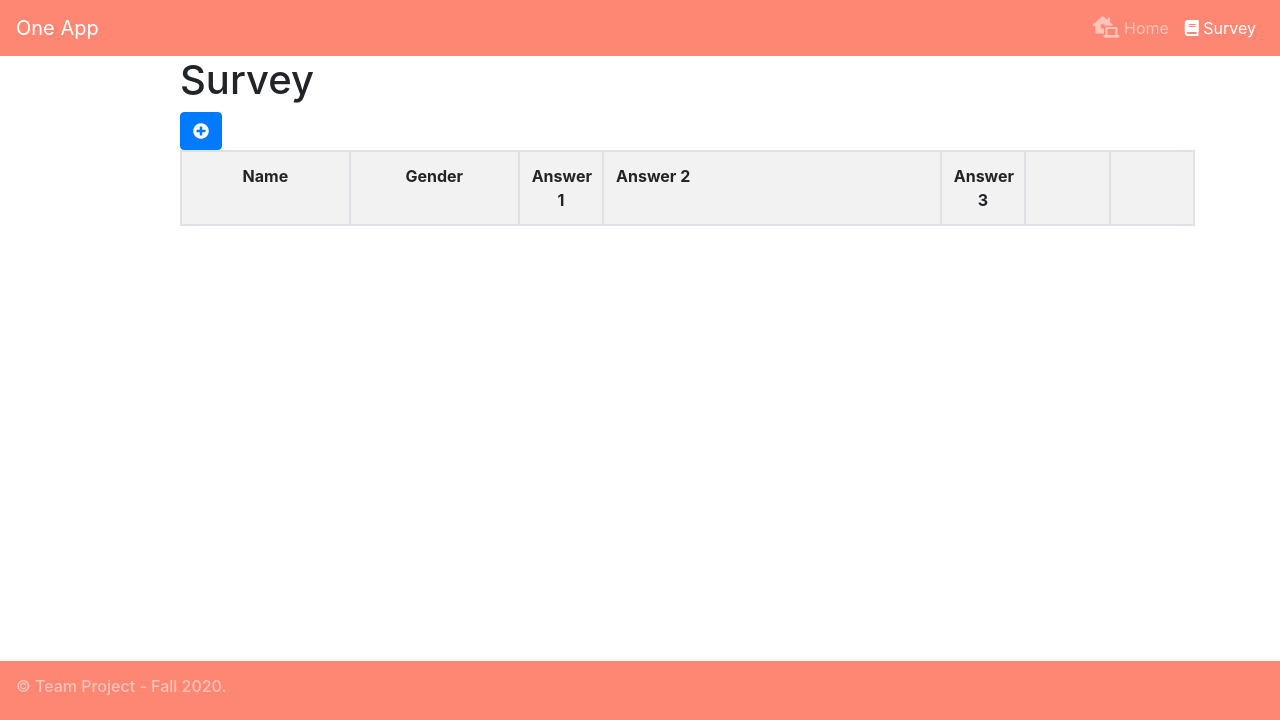
Repository: Dyazho/group-project
Page: http://localhost/survey
An editor plug-in stored every save of this project. The page is shown before and after the next save, followed by the edit.
The browser window is 1280 px wide. The pictures show the whole page.
The page is served by the project's Node server (server.js). Other server files are loaded and not shown. Queries for data that is not in the repository find no rows.

Above is the page before, as saved 2020-11-16 11:06:07.

### server/views/book/list.ejs
<%- include ../partials/header.ejs %>

<%- include ../partials/main_nav.ejs %>


  <!-- Main Content -->
  <main class="container">
    <div class="row">
        <div class="offset-md-1 col-md-11">
            <h1><%= title %></h1>
            <a href="/survey/add" class="btn btn-primary" role="button">
            <i class="fas fa-plus-circle"></i></a>
            <br>
            <table class="table table-bordered table-striped table-hover">
                <!-- Header Row-->
                <tr class="d-flex">
                    <th class="text-center col-2">Name</th>
                    <th class="text-center col-2">Gender</th>
                    <th class="text-center col-1">Answer 1</th>
                    <th class="col-4">Answer 2</th>
                    <th class="text-center col-1">Answer 3</th>
                    <th class="text-center col-1"></th>
                    <th class="text-center col-1"></th>
                </tr>

                <!-- Repeatable Template Row -->

                <% for(let count = 0; count < BookList.length; count++) { %>
                    <tr class="d-flex">
                        <td class="text-center col-2"><%= BookList[count].name %></td>
                        <td class="text-center col-2"><%= BookList[count].gender %></td>
                        <td class="text-center col-1"><%= BookList[count].question1 %></td>
                        <td class="col-4"><%= BookList[count].question2 %></td>
                        <td class="text-center col-1"><%= BookList[count].question3 %></td>
                        <td class="text-center col-1">
                            <a href="/survey/edit/<%= BookList[count]._id %>" class="btn btn-primary btn-sm">
                            <i class="fas fa-pencil-alt"></i> Edit</a>
                        </td>
                        <td class="text-center col-1">
                            <a href="/survey/delete/<%= BookList[count]._id %>" class="btn btn-danger btn-sm">
                            <i class="fas fa-trash-alt"></i> Delete</a>
                        </td>
                    </tr>
                <% } %>
            </table>
        </div>
    </div>
  </main>

<%- include ../partials/bottom_nav.ejs %>

<%- include ../partials/footer.ejs %>

### server/views/partials/header.ejs
<!DOCTYPE html>
<html lang="en">
<head>
  <meta charset="UTF-8">
  <meta name="viewport" content="width=device-width, initial-scale=1.0">
  <title><%= title %></title>
  <!-- CSS Section -->

  <link rel="stylesheet" href="/bootstrap/dist/css/bootstrap.min.css">
  <link rel="stylesheet" href="/@fortawesome/fontawesome-free/css/all.min.css">
  <link rel='stylesheet' href='/Content/app.css' />

</head>
<body>

### server/views/partials/main_nav.ejs
<!-- Main Navigation -->
  <nav class="navbar navbar-expand-lg navbar-dark navbar-colorr">

    <a class="navbar-brand" href="/survey"> One App</a>
    <button class="navbar-toggler" type="button" data-toggle="collapse" data-target="#navbarSupportedContent" aria-controls="navbarSupportedContent" aria-expanded="false" aria-label="Toggle navigation">
      <span class="navbar-toggler-icon"></span>
    </button>

    <div class="collapse navbar-collapse" id="navbarSupportedContent">
      <ul class="navbar-nav ml-auto">

        <% if (title == "Home"){ %>
        <li class="nav-item active">
        <% } else  { %>
        <li class="nav-item">
        <% } %>
          <a class="nav-link" href="/home"><i class="fas fa-lg fa-laptop-house"></i> Home </a>
        </li>


        <% if (title == "Survey") { %>
        <li class="nav-item active">
        <% } else  { %>
        <li class="nav-item">
        <% } %>
          <a class="nav-link" href="/survey"><i class="fas fa-book"></i> Survey </a>
        </li>


    </div>
  </nav>

### server/views/partials/bottom_nav.ejs
<!-- Bottom Nav -->
  <footer>
    <nav class="navbar fixed-bottom navbar-dark navbar-colorr">
      <h6 class="display-6 navbar-text">&copy; Team Project - Fall 2020.</h6>
    </nav>
  </footer>

### server.js
#!/usr/bin/env node


/*  Sanamdeep Singh
    301107513       */


/**
 * Module dependencies.
 */

var app = require('./server/config/app');
var debug = require('debug')('week-4:server');
var http = require('http');

/**
 * Get port from environment and store in Express.
 */

var port = normalizePort(process.env.PORT || '3000');
app.set('port', port);

/**
 * Create HTTP server.
 */

var server = http.createServer(app);

/**
 * Listen on provided port, on all network interfaces.
 */

server.listen(port);
server.on('error', onError);
server.on('listening', onListening);

/**
 * Normalize a port into a number, string, or false.
 */

function normalizePort(val) {
  var port = parseInt(val, 10);

  if (isNaN(port)) {
    // named pipe
    return val;
  }

  if (port >= 0) {
    // port number
    return port;
  }

  return false;
}

/**
 * Event listener for HTTP server "error" event.
 */

function onError(error) {
  if (error.syscall !== 'listen') {
    throw error;
  }

  var bind = typeof port === 'string'
    ? 'Pipe ' + port
    : 'Port ' + port;

  // handle specific listen errors with friendly messages
  switch (error.code) {
    case 'EACCES':
      console.error(bind + ' requires elevated privileges');
      process.exit(1);
      break;
    case 'EADDRINUSE':
      console.error(bind + ' is already in use');
      process.exit(1);
      break;
    default:
      throw error;
  }
}

/**
 * Event listener for HTTP server "listening" event.
 */

function onListening() {
  var addr = server.address();
  var bind = typeof addr === 'string'
    ? 'pipe ' + addr
    : 'port ' + addr.port;
  debug('Listening on ' + bind);
}

### server/controllers/book.js
let express = require('express');
let router = express.Router();
let mongoose = require('mongoose');

// create a reference to the model
let Book = require('../models/book');

module.exports.displayBookList = (req, res, next) => {
    Book.find((err, bookList) => {
        if(err)
        {
            return console.error(err);
        }
        else
        {
            //console.log(BookList);

            res.render('book/list', {title: 'Survey', BookList: bookList});
        }
    });
}

module.exports.displayAddPage = (req, res, next) => {
    res.render('book/add', {title: 'Add'})
}

module.exports.processAddPage = (req, res, next) => {
    let newBook = Book({
        "name": req.body.name,
        "author": req.body.author,
        "published": req.body.published,
        "description": req.body.description,
        "price": req.body.price
    });

    Book.create(newBook, (err, Book) =>{
        if(err)
        {
            console.log(err);
            res.end(err);
        }
        else
        {
            // refresh the book list
            res.redirect('/survey');
        }
    });

}

module.exports.displayEditPage = (req, res, next) => {
    let id = req.params.id;

    Book.findById(id, (err, bookToEdit) => {
        if(err)
        {
            console.log(err);
            res.end(err);
        }
        else
        {
            //show the edit view
            res.render('book/edit', {title: 'Edit', book: bookToEdit})
        }
    });
}

module.exports.processEditPage = (req, res, next) => {
    let id = req.params.id

    let updatedBook = Book({
        "_id": id,
        "name": req.body.name,
        "author": req.body.author,
        "published": req.body.published,
        "description": req.body.description,
        "price": req.body.price
    });

    Book.updateOne({_id: id}, updatedBook, (err) => {
        if(err)
        {
            console.log(err);
            res.end(err);
        }
        else
        {
            // refresh the book list
            res.redirect('/survey');
        }
    });
}

module.exports.performDelete = (req, res, next) => {
    let id = req.params.id;

    Book.remove({_id: id}, (err) => {
        if(err)
        {
            console.log(err);
            res.end(err);
        }
        else
        {
             // refresh the book list
             res.redirect('/survey');
        }
    });
}

### public/Content/app.css
/* custom css goes here */

.navbar-colorr {
  background-color: #fe8773;
}

### public/Scripts/app.js
/*  Sanamdeep Singh
    301107513       */


// IIFE -- Immediately Invoked Function Expression
(function(){

    function Start()
    {
        console.log("App Started...");

        let deleteButtons = document.querySelectorAll('.btn-danger');

        for(button of deleteButtons)
        {
            button.addEventListener('click', (event)=>{
                if(!confirm("Are you sure?"))
                {
                    event.preventDefault();
                    window.location.assign('/book-list');
                }
            });
        }
    }

    window.addEventListener("load", Start);

})();

Loaded but not shown: server/views/partials/footer.ejs (common file)

After the next save:
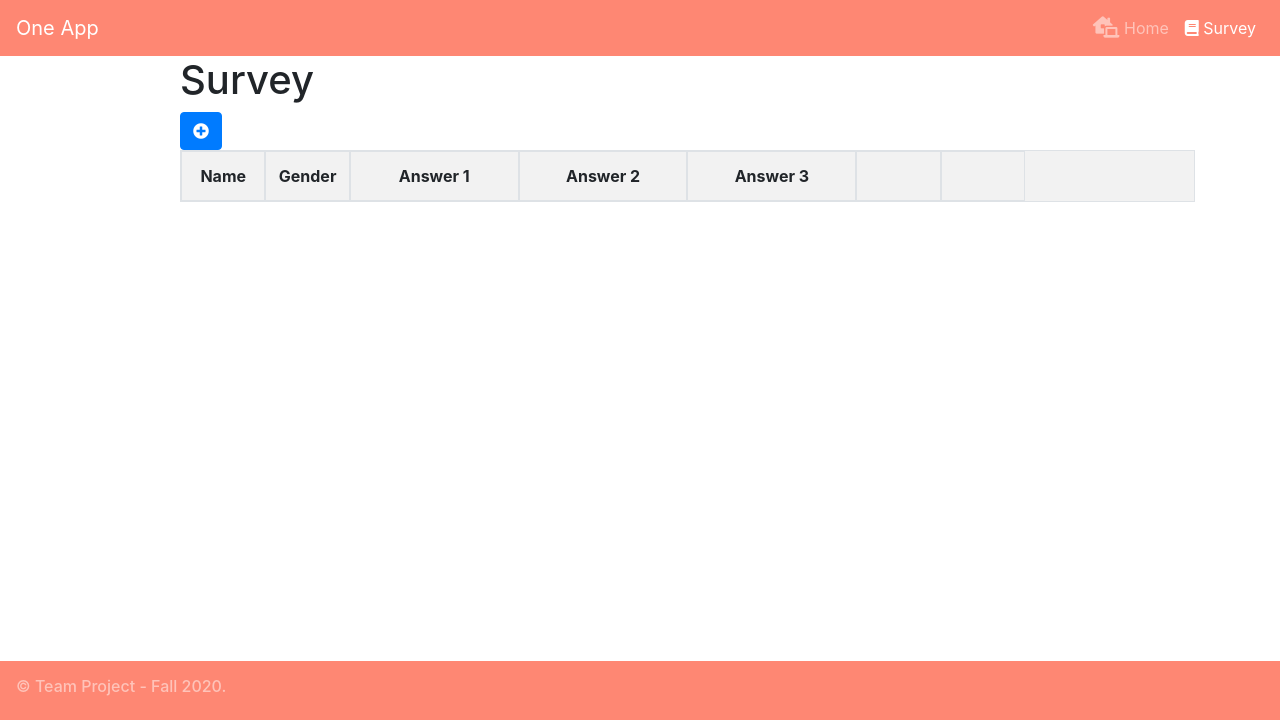
Saved 52 s later.
--- a/server/views/book/list.ejs
+++ b/server/views/book/list.ejs
@@ -14,11 +14,11 @@
             <table class="table table-bordered table-striped table-hover">
                 <!-- Header Row-->
                 <tr class="d-flex">
-                    <th class="text-center col-2">Name</th>
-                    <th class="text-center col-2">Gender</th>
-                    <th class="text-center col-1">Answer 1</th>
-                    <th class="col-4">Answer 2</th>
-                    <th class="text-center col-1">Answer 3</th>
+                    <th class="text-center col-1">Name</th>
+                    <th class="text-center col-1">Gender</th>
+                    <th class="text-center col-2">Answer 1</th>
+                    <th class="text-center col-2">Answer 2</th>
+                    <th class="text-center col-2">Answer 3</th>
                     <th class="text-center col-1"></th>
                     <th class="text-center col-1"></th>
                 </tr>

After the save that followed:
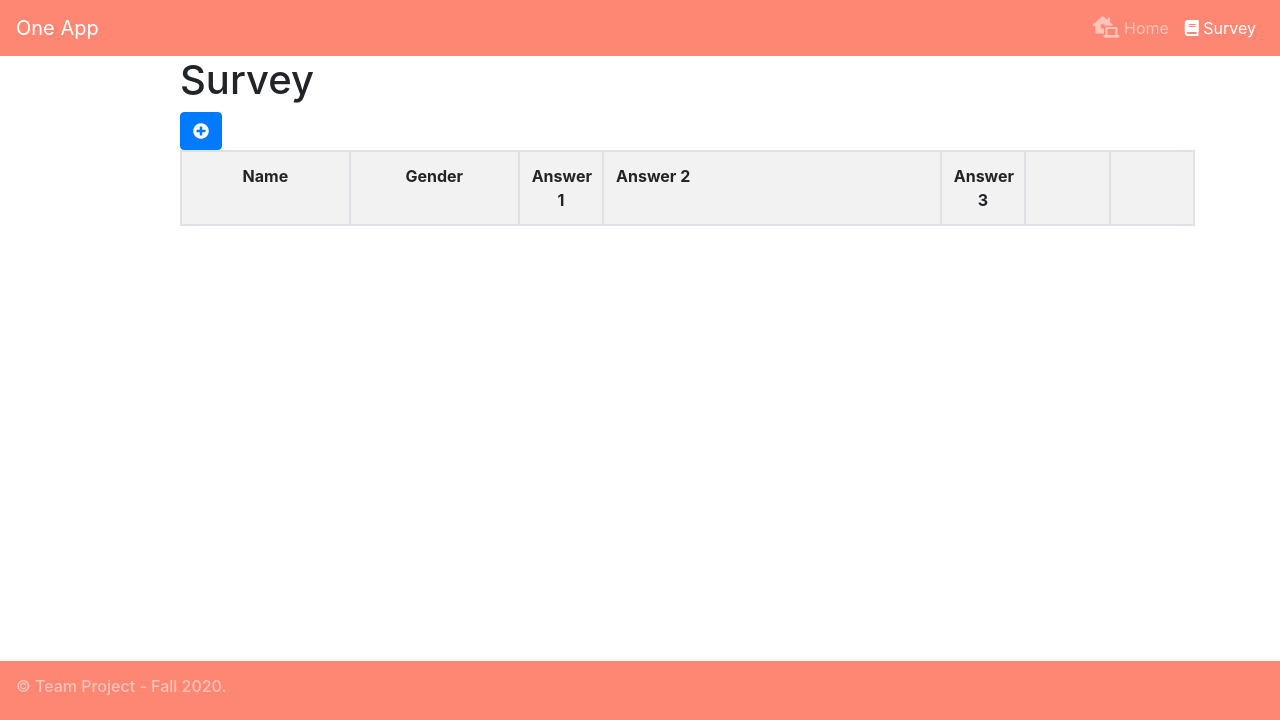
Saved 12 s later.
--- a/server/views/book/list.ejs
+++ b/server/views/book/list.ejs
@@ -14,11 +14,11 @@
             <table class="table table-bordered table-striped table-hover">
                 <!-- Header Row-->
                 <tr class="d-flex">
-                    <th class="text-center col-1">Name</th>
-                    <th class="text-center col-1">Gender</th>
-                    <th class="text-center col-2">Answer 1</th>
-                    <th class="text-center col-2">Answer 2</th>
-                    <th class="text-center col-2">Answer 3</th>
+                    <th class="text-center col-2">Name</th>
+                    <th class="text-center col-2">Gender</th>
+                    <th class="text-center col-1">Answer 1</th>
+                    <th class="col-4">Answer 2</th>
+                    <th class="text-center col-1">Answer 3</th>
                     <th class="text-center col-1"></th>
                     <th class="text-center col-1"></th>
                 </tr>
